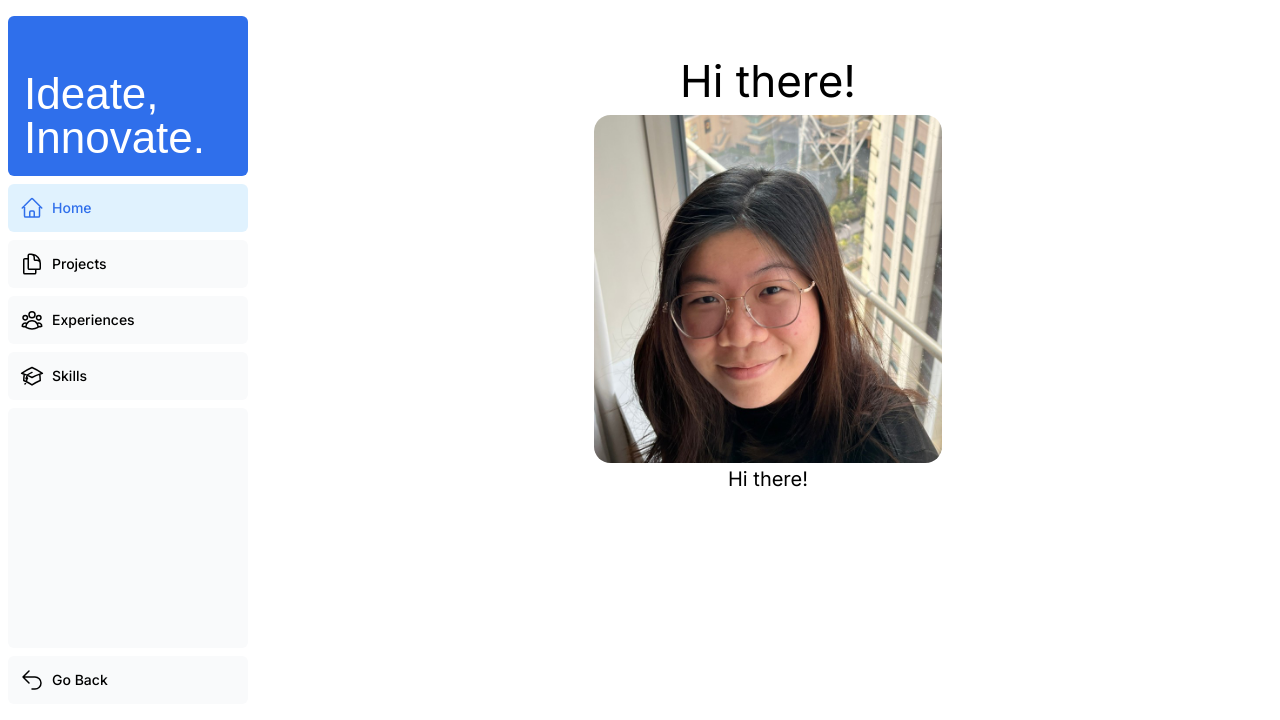
Repository: ThatGirlJam/jaime-portfolio
Page: /dashboard
An editor plug-in stored every save of this project. The page is shown before and after a run of saves, followed by the edit.
The browser window is 1280 px wide. The pictures show the whole page.
Some web fonts or font styles are not loaded; a fallback is used. The project was rebuilt for these pictures with package versions that can differ from the ones it lists, and the page was loaded fresh each time. The framework's server and built-in components were replaced by stand-ins that run in the browser. Also part of the build but not shown: next.config.js.

Above is the page before, as saved 2024-04-10 00:22:08.

### app/dashboard/page.tsx
import Image from "next/image";

export default function Page() {
  const imageStyle = {
    borderRadius: '5%',
    border: '1px solid #fff',
  };

  const divStyle = {
    display: 'flex',
    justifyContent: 'center', // Horizontally center the image
  };

  return (
    <div>
      <p className="text-[44px] text-center"> Hi there! </p>
      <div style={divStyle}>
        <Image
                src="/jaime-linkedin-photo.jpeg"
                width={350}
                height={350}
                style={imageStyle}
                alt="Screenshots of jaime linkedin photo"
              />
        </div>
        <p className="text-[20px] text-center"> Hi there! </p>
    </div>
  );
}

### app/ui/fonts.ts
import { Inter } from 'next/font/google';
import { Lusitana } from 'next/font/google';

export const inter = Inter({ subsets: ['latin'] });

export const lusitana = Lusitana({
  weight: ['400', '700'],
  subsets: ['latin'],
});

### app/ui/dashboard/sidenav.tsx
import Link from 'next/link';
import NavLinks from '@/app/ui/dashboard/nav-links';
import BannerLogo from '@/app/ui/banner-logo';
import { ArrowUturnLeftIcon } from '@heroicons/react/24/outline';

export default function SideNav() {
  return (
    <div className="flex h-full flex-col px-3 py-4 md:px-2">
      <Link
        className="h-25 mb-2 flex items-end justify-start rounded-md bg-blue-600 p-4 md:h-40"
        href="/"
      >
        <div className="w-32 text-white md:w-40">
          <BannerLogo />
        </div>
      </Link>
      <div className="flex grow flex-row justify-between space-x-2 md:flex-col md:space-x-0 md:space-y-2">
        <NavLinks />
        <div className="hidden h-auto w-full grow rounded-md bg-gray-50 md:block"></div>
        <Link href="/">
          <button className="flex h-[48px] w-full grow items-center justify-center gap-2 rounded-md bg-gray-50 p-3 text-sm font-medium hover:bg-sky-100 hover:text-blue-600 md:flex-none md:justify-start md:p-2 md:px-3">
            <ArrowUturnLeftIcon className="w-6" />
            <div className="hidden md:block">Go Back</div>
          </button>
        </Link>
      </div>
    </div>
  );
}

### app/ui/dashboard/nav-links.tsx
'use client';

import {
  UserGroupIcon,
  HomeIcon,
  DocumentDuplicateIcon,
  AcademicCapIcon,
} from '@heroicons/react/24/outline';
import Link from 'next/link';
import { usePathname } from 'next/navigation';
import clsx from 'clsx';

// Map of links to display in the side navigation.
// Depending on the size of the application, this would be stored in a database.
const links = [
  { name: 'Home', href: '/dashboard', icon: HomeIcon },
  {
    name: 'Projects',
    href: '/dashboard/projects',
    icon: DocumentDuplicateIcon,
  },
  { name: 'Experiences', href: '/dashboard/experiences', icon: UserGroupIcon },
  { name: 'Skills', href: '/dashboard/skills', icon: AcademicCapIcon },
];

export default function NavLinks() {
  const pathname = usePathname();

  return (
    <>
      {links.map((link) => {
        const LinkIcon = link.icon;
        return (
          <Link
            key={link.name}
            href={link.href}
            //When the link.href aka link of the nav option matches the curr path name, turn blue to show user is on that page
            className={clsx(
              'flex h-[48px] grow items-center justify-center gap-2 rounded-md bg-gray-50 p-3 text-sm font-medium hover:bg-sky-100 hover:text-blue-600 md:flex-none md:justify-start md:p-2 md:px-3',
              {
                'bg-sky-100 text-blue-600': pathname === link.href,
              },
            )}
          >
            <LinkIcon className="w-6" />
            <p className="hidden md:block">{link.name}</p>
          </Link>
        );
      })}
    </>
  );
}

### app/ui/banner-logo.tsx
import { lusitana } from '@/app/ui/fonts';

export default function BannerLogo() {
  return (
    <div
      className={`${lusitana.className} flex flex-row items-center leading-none text-white`}
    >
      <p className="text-[44px]">Ideate, Innovate.</p>
    </div>
  );
}

Loaded but not shown: app/layout.tsx (common file); app/dashboard/layout.tsx (common file); app/ui/global.css (common file); tailwind.config.ts (common file)

After the next 2 saves:
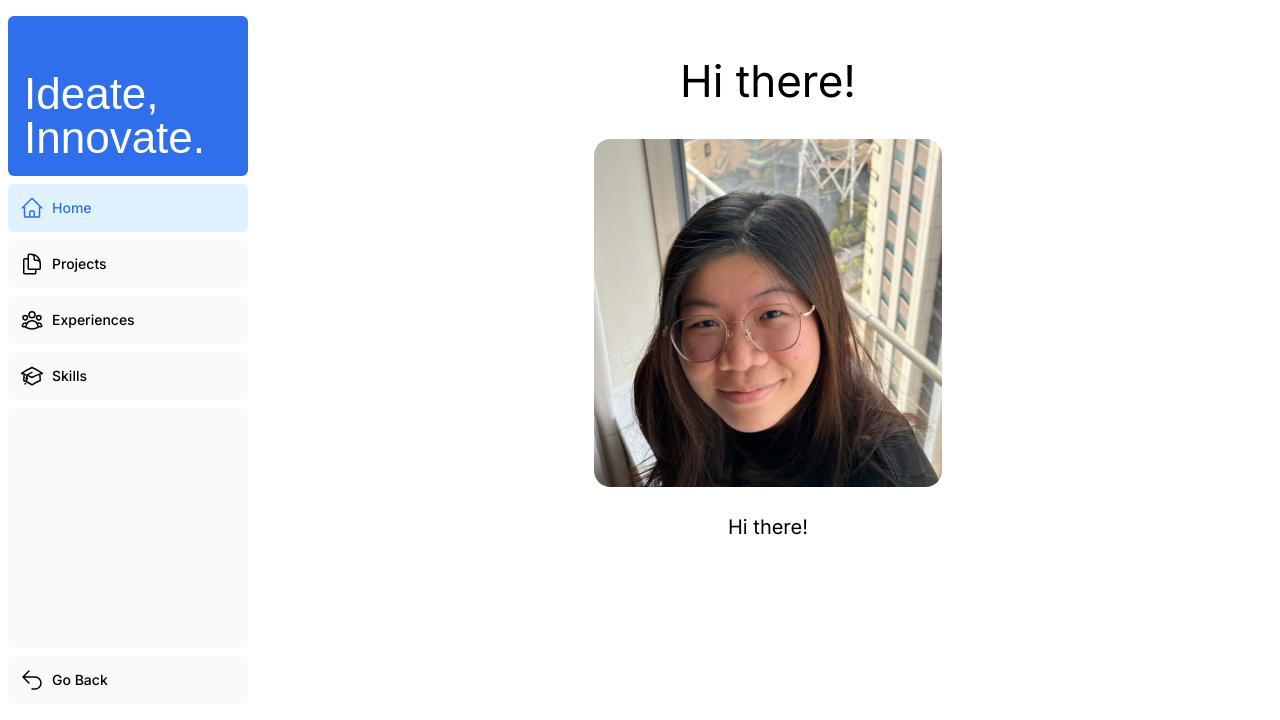
The 2 saves are shown as one change because they came seconds apart.
The last was saved 20 s later.
--- a/app/dashboard/page.tsx
+++ b/app/dashboard/page.tsx
@@ -14,6 +14,8 @@ export default function Page() {
   return (
     <div>
       <p className="text-[44px] text-center"> Hi there! </p>
+      <br/>
+
       <div style={divStyle}>
         <Image
                 src="/jaime-linkedin-photo.jpeg"
@@ -23,6 +25,8 @@ export default function Page() {
                 alt="Screenshots of jaime linkedin photo"
               />
         </div>
+        <br/>
+
         <p className="text-[20px] text-center"> Hi there! </p>
     </div>
   );
